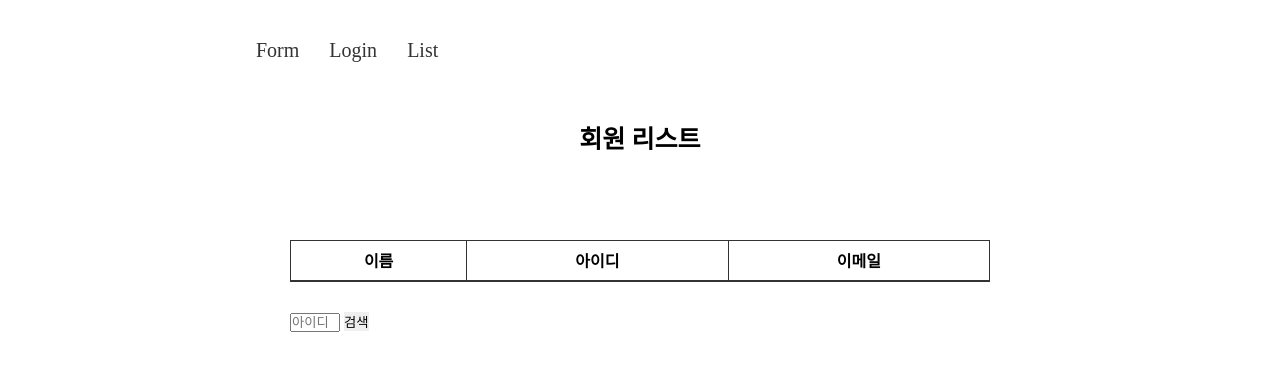
Repository: zeroj-0/eclipseProjects
Page: http://localhost/jv301/mod010/user_list.do
An editor plug-in stored every save of this project. The page is shown before and after the next save, followed by the edit.
The browser window is 1280 px wide. The pictures show the whole page.
The page is served by Tomcat 9. Other server files are loaded and not shown. Queries for data that is not in the repository find no rows.

Above is the page before, as saved 2022-07-07 07:04:41.

### jv301/src/main/webapp/mod010/user_list.jsp
<%@ page language="java" contentType="text/html; charset=UTF-8" pageEncoding="UTF-8"%>
<%@ taglib prefix="c" uri="http://java.sun.com/jsp/jstl/core" %>
<!DOCTYPE html>
<html>
<head>
<meta charset="UTF-8">
<title>Insert title here</title>
<link rel="stylesheet" href="./fixmethod.css">
<link rel="stylesheet" href="./style.css">
<style>
	table {
		border: 1px solid #333;
		width: 100%;
		margin: 0 auto;
		border-collapse: collapse;
	}
	table tr {
		height: 40px;
	}
	table td {
		border: 1px solid #333;
		width: 100px;
		text-align: center;
	}
	table th {
		border: 1px solid #333;
		border-bottom: 2px solid #333;
	}
	.search-area {
		width: 100%;
		margin-top: 30px;
	}
	.search-area input {
		width: 50px;
	}
</style>
</head>
<body>
<div id="wrapper">
	<div id="header">
		<%@ include file="/incl/menu.jsp" %>
	</div>
<h3 class="title">회원 리스트</h3>
	<div class="container">
				<table>
					<tr>
						<th>이름</th><th>아이디</th><th>이메일</th>
					</tr>
					<c:forEach var="user" items="${user}">
						<tr>
							<td>
								${user.getUserName()}
							</td>
							<td>
								${user.getUserId()}
							</td>
							<td>
								${user.getEmail()}
							</td>
						</tr>
					</c:forEach>
				</table>
				<div class="search-area">
					<form>
						<input type="text" name="searchId" placeholder="아이디"/>
						<button type="submit">검색</button>
					</form>
				</div>
	</div>
</div>
</body>
</html>

### jv301/src/main/webapp/incl/menu.jsp
<%@ page language="java" contentType="text/html; charset=UTF-8"  pageEncoding="UTF-8"%>

<div class="gnb">
	<ul>
		<li><a href="add_user.jsp">Form</a></li>
		<li><a href="login">Login</a></li>
		<li><a href="user_list.do">List</a></li>
	</ul>
</div>

### jv301/src/main/java/com/varxyz/jv301/mod010/UserListServlet.java
package com.varxyz.jv301.mod010;

import java.io.IOException;
import java.util.List;

import javax.servlet.RequestDispatcher;
import javax.servlet.ServletException;
import javax.servlet.annotation.WebServlet;
import javax.servlet.http.HttpServlet;
import javax.servlet.http.HttpServletRequest;
import javax.servlet.http.HttpServletResponse;

@WebServlet("/mod010/user_list.do")
public class UserListServlet extends HttpServlet {
	private UserService userService;
	private static final long serialVersionUID = 1L;

	protected void doGet(HttpServletRequest request, HttpServletResponse response) throws ServletException, IOException {
		userService = UserService.getInstance();
		List<User> userList = userService.getAllUsers();
		request.setAttribute("user", userList);

		RequestDispatcher dispatcher = null;
		dispatcher = request.getRequestDispatcher("user_list.jsp");
		dispatcher.forward(request, response);
	}

	protected void doPost(HttpServletRequest request, HttpServletResponse response) throws ServletException, IOException {
		request.setCharacterEncoding("utf-8");

		String userId = request.getParameter("userId");

		request.setAttribute("userId", userId);

		RequestDispatcher dispatcher = null;
		dispatcher = request.getRequestDispatcher("update.jsp");
		dispatcher.forward(request, response);
	}

}

### jv301/src/main/java/com/varxyz/jv301/mod010/UserDao.java
package com.varxyz.jv301.mod010;

import java.sql.Connection;
import java.sql.PreparedStatement;
import java.sql.ResultSet;
import java.sql.SQLException;
import java.util.ArrayList;
import java.util.List;

public class UserDao {
	DataSource dataSource = null;

	public UserDao() {
		NamingService namingService = NamingService.getInstance();
		dataSource = (DataSource)namingService.getAttribute("dataSource");
	}

	public List<User> findAllUsers() {
		String sql = "SELECT * FROM User";
		List<User> userList = new ArrayList<User>();
		try {
			Connection con = null;
			PreparedStatement pstmt = null;
			ResultSet rs = null;
			try {
				con = dataSource.getConnection();
				pstmt = con.prepareStatement(sql);
				rs = pstmt.executeQuery();

				while(rs.next()) {
					User user = new User();
					user.setUserId(rs.getString("id"));
					user.setUserName(rs.getString("name"));
					user.setEmail(rs.getString("email"));
					user.setAddr(rs.getString("addr"));

					userList.add(user);
				}
			} finally {
				dataSource.close(rs, pstmt, con);
			}
		} catch (SQLException e) {
			e.printStackTrace();
		}
		return userList;
	}

	public void addUser(User user) {
		String sql = "INSERT INTO User(id,passwd,name,email,addr,ssn) VALUES (?,?,?,?,?,?)";
		try {
			Connection con = null;
			PreparedStatement pstmt = null;

			con = dataSource.getConnection();
			pstmt = con.prepareStatement(sql);

			pstmt.setString(1, user.getUserId());
			pstmt.setString(2, user.getPasswd());
			pstmt.setString(3, user.getUserName());
			pstmt.setString(4, user.getEmail());
			pstmt.setString(5, user.getAddr());
			pstmt.setString(6, user.getSsn());

			pstmt.executeUpdate();
			dataSource.close(pstmt, con);
		} catch (Exception e) {
			e.printStackTrace();
		}
	}
	public String findUserId(String userId) {
		String sql = "SELECT id FROM User WHERE id=?";
		String id = null;
		try {
			Connection con = null;
			PreparedStatement pstmt = null;
			ResultSet rs = null;
			try {
				con = dataSource.getConnection();
				pstmt = con.prepareStatement(sql);
				pstmt.setString(1, userId);

				rs = pstmt.executeQuery();

				if(rs.next()) {
					id= rs.getString("id");
				}

			} finally {
				dataSource.close(rs,pstmt, con);
			}
		} catch(Exception e) {
			e.printStackTrace();
		}
		if(id==null) {
			id="";
		}
		return id;
	}

	public String findUserPasswd(String passwd) {
		String sql = "SELECT passwd FROM User WHERE passwd=?";
		String pw = null;
		try {
			Connection con = null;
			PreparedStatement pstmt = null;
			ResultSet rs = null;
			try {
				con = dataSource.getConnection();
				pstmt = con.prepareStatement(sql);
				pstmt.setString(1, passwd);
				rs = pstmt.executeQuery();

				if(rs.next()) {
					pw= rs.getString("passwd");
				}

			} finally {
				dataSource.close(rs,pstmt, con);
			}
		} catch(Exception e) {
			e.printStackTrace();
		}
		if(pw==null) {
			pw = "";
		}
		return pw;
	}
	public User findUserByUserId(String userId) {
		String sql = "SELECT id,passwd,name,email,addr,ssn FROM User WHERE id=?";
		User user = new User();
		try  {
			Connection con = null;
			PreparedStatement pstmt = null;
			ResultSet rs = null;
			try {
				con = dataSource.getConnection();
				pstmt = con.prepareStatement(sql);
				pstmt.setString(1, userId);
				rs = pstmt.executeQuery();

				while(rs.next()) {
					user.setUserId(rs.getString("id"));
					user.setUserId(rs.getString("passwd"));
					user.setUserName(rs.getString("name"));
					user.setSsn(rs.getString("ssn"));
					user.setEmail(rs.getString("email"));
					user.setAddr(rs.getString("addr"));
					user.setSsn(rs.getString("ssn"));
				}
			} finally {
				dataSource.close(rs, pstmt, con);
			}
		} catch(Exception e) {
			e.printStackTrace();
		}
		return user;
	}
}

### jv301/src/main/webapp/mod010/fixmethod.css
@charset "UTF-8";
* { box-sizing: border-box; margin: 0; padding: 0;}
ul, li {list-style: none;}
a {text-decoration: none; color: #333;}

.gnb {
  width: 100%;
  height: 70px;
  float: left;
  padding-left: 20%;
}
ul li {
  float: left;
  height: 100%;
  margin-left: 30px;
}
ul li:first-child {
  margin-left: 0;
}

a {
  line-height: 70px;
  font-size: 20px;
}
a:hover {
  color: #000;
  font-weight: 600;
}
#header {
	height: 100px;
	width: 100%;
	text-align: center;
	font-size: 20px;
	line-height: 100px;
}
#footer {
	margin-top: 100px;
	text-align: center;
}

### jv301/src/main/webapp/mod010/style.css
@charset "UTF-8";
* { box-sizing: border-box; margin: 0; padding: 0;}
ul, li {list-style: none;}
a {text-decoration: none; color: #333;}

.container {
  padding-top: 60px;
  display: flex;
  flex-wrap: wrap;
  height: 100%;
  width: 700px;
  margin: 0 auto;
}
form {
  width: 100%;
}
h3 {
  font-size: 25px;
  width: 100%;
}
.d {
  height: 50px;
  width: 100%;
  display: flex;
  justify-content: left;
  align-items: center;
  margin-top: 10px;
}
.d > input {
  height: 35px;
  line-height: 35px;
  padding-left: 5px;

}
select {
  height: 35px;
  width: 150px;
  font-size: 15px;
}
span.email {
  margin: 0 5px;
}
.checkbox-layout {
  height: 100px;
}
.inner-box {
  margin: 0;
  display: block;
  width: 100%;
  height: 100%;
}
.inner-box h2 {
  width: 100%;
}
.box {
  display: inline-block;
  width: 18%;
  position: relative;
  overflow: hidden;
}
.box label {
  position: absolute;
  top: 14px;
  left: 20px;
}
.box input {
  height: 50px;
}
span {
  font-size: 18px;
  font-weight: 400;
  color: #333;
}
.btn {
  justify-content: center;
  width: 80px;
  height: 40px;
  margin: 0 auto;
  background: #f9f9f9;
  border-radius: 12px;
  border: 1px solid #000;
  margin-top: 20px;
}
button {
	border-style: none;
}
button.btn-inner {
  border-style: none;
  height: 40px;
  width: 75px;
  font-size:20px;
  background: none;
  cursor: pointer;
}
.address1 {
	width: 250px;
	margin-right: 10px;
}

.title {
	width: 100%;
	text-align: center;
	height: 80px;
	line-height: 80px;
}

After the next save:
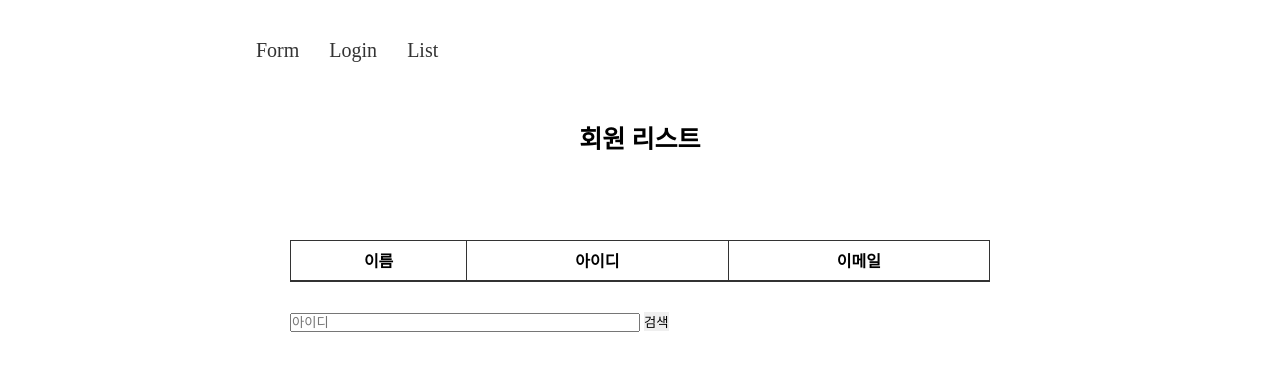
Saved 25 s later.
--- a/jv301/src/main/webapp/mod010/user_list.jsp
+++ b/jv301/src/main/webapp/mod010/user_list.jsp
@@ -31,7 +31,7 @@
 		margin-top: 30px;
 	}
 	.search-area input {
-		width: 50px;
+		width: 50%;
 	}
 </style>
 </head>
